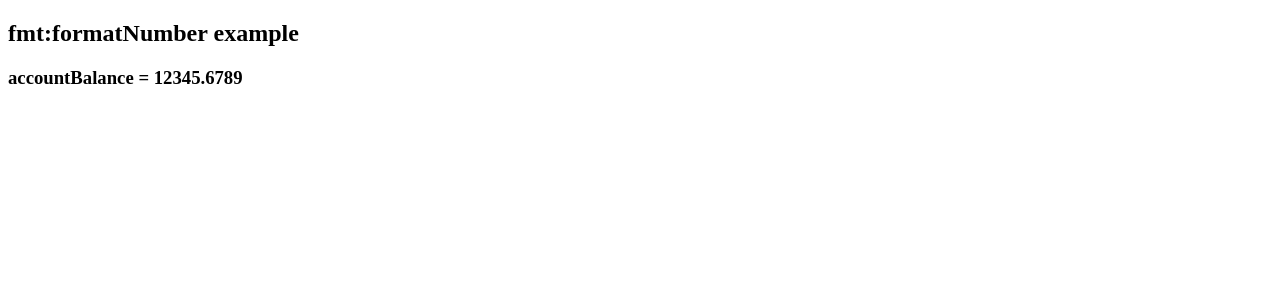
Repository: hoangkhanh2208/Jsp-Servlet-JDBC-Learn
Page: http://localhost/JSTLTutorial/fmt_formatNumber.jsp
An editor plug-in stored every save of this project. The page is shown before and after the next save, followed by the edit.
The browser window is 1280 px wide. The pictures show the whole page.
The page is served by Tomcat 9.

Above is the page before, as saved 2021-05-26 04:25:42.

After the next save:
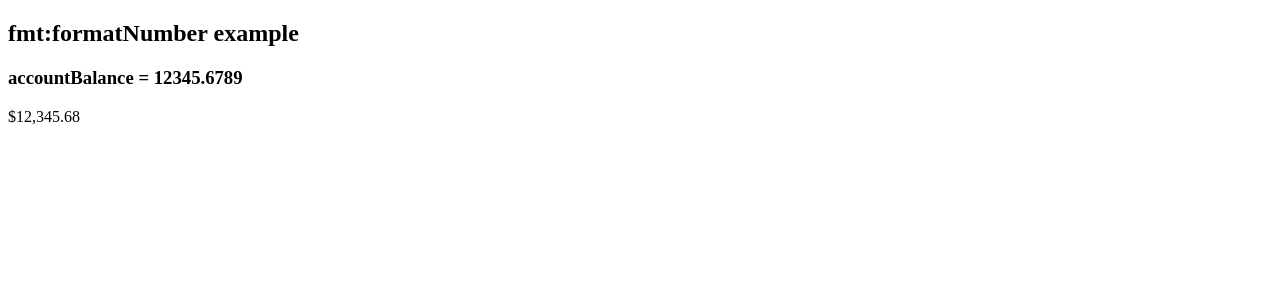
Saved 82 s later.
--- a/JSTLTutorial/src/main/webapp/fmt_formatNumber.jsp
+++ b/JSTLTutorial/src/main/webapp/fmt_formatNumber.jsp
@@ -12,5 +12,9 @@
 	<h2>fmt:formatNumber example</h2>
 	<c:set var="accountBalance" value="12345.6789"></c:set>
 	 <h3>accountBalance = <c:out value="${accountBalance}"/></h3>
+
+	 <fmt:formatNumber value="${accountBalance}" type="currency"></fmt:formatNumber>
+
+
 </body>
 </html>
